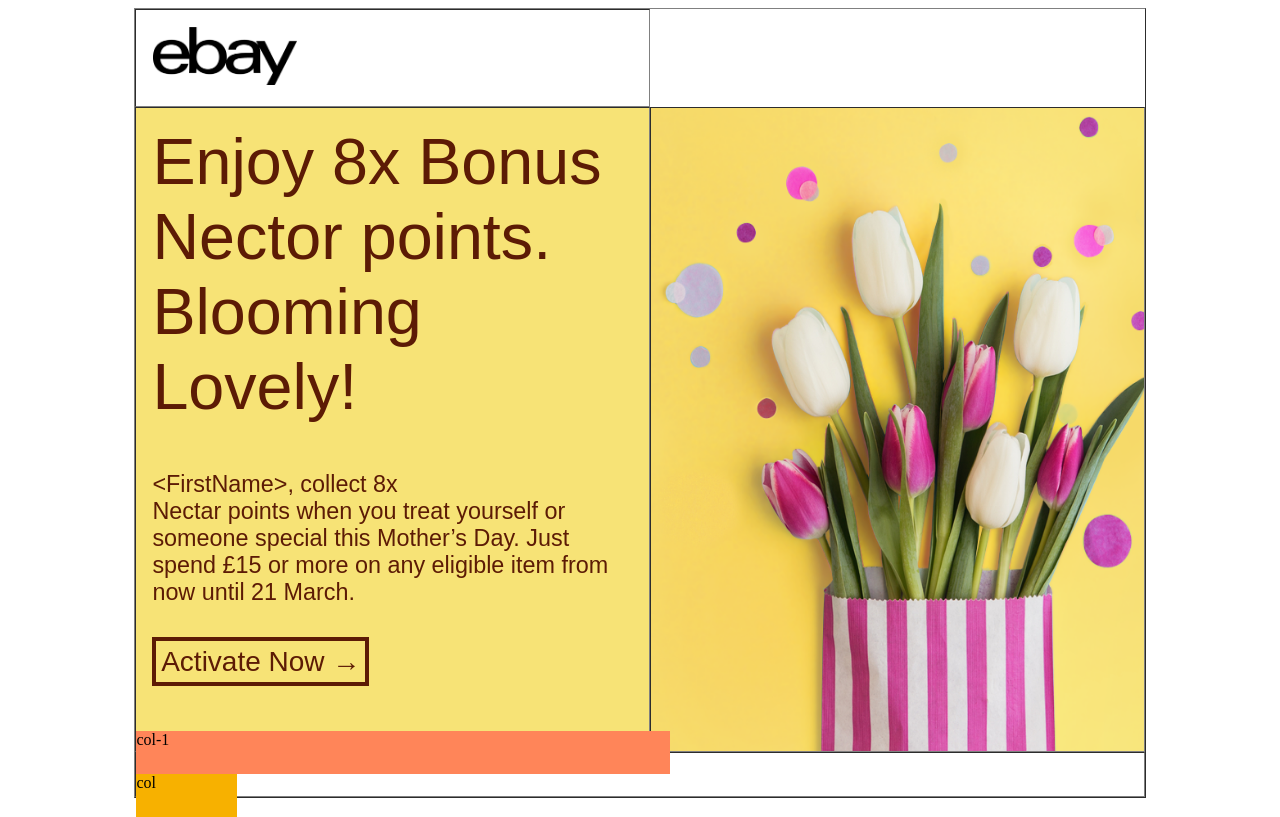
Repository: AnkurDevv/feed-dev-test
Page: index.html
These files come from the project's save history. The page is drawn as it stood at one moment and after the next save; the edit follows.
The browser window is 1280 px wide. The pictures show the whole page.

Above is the page before, as saved 2020-03-29 02:29:23.

### index.html
<!DOCTYPE html>
<!--[if lt IE 7]>      <html class="no-js lt-ie9 lt-ie8 lt-ie7"> <![endif]-->
<!--[if IE 7]>         <html class="no-js lt-ie9 lt-ie8"> <![endif]-->
<!--[if IE 8]>         <html class="no-js lt-ie9"> <![endif]-->
<!--[if gt IE 8]><!-->
<html>
<!--<![endif]-->

<head>
  <meta charset="utf-8">
  <meta http-equiv="X-UA-Compatible" content="IE=edge">
  <title></title>
  <meta name="description" content="">
  <meta name="viewport" content="width=device-width, initial-scale=1">
  <link rel="stylesheet" href="./style/index.css">
</head>

<body>
  <table border="1" cellpadding="0" cellspacing="0" height="100%" width="80%" id="bodyTable">

    <!-- HEADER ROW - START  -->
    <tr>
      <td>
        <table cellpadding="5" cellspacing="12" width="100%" align="left" border="0" id="EmailHeader">
          <tr>
            <td valign="middle" id="EmailHeading">
              <img src="img/logo.png" alt="ebay-logo" id="ebay-logo">
            </td>
          </tr>
        </table>
      </td>
    </tr>
    <!-- HEADER ROW - START  -->

    <!-- HERO BODY - START  -->
    <tr cellpadding="4" cellspacing="12" width="100%" border="1" id="HeroBodyWrapper">

      <!-- HERO CONTENT -START -->
      <td id="heroContentWrapper">
        <table cellpadding="4" cellspacing="12" width="100%" align="left" border="0" id="heroContent">
          <!-- HERO MAIN HEADLINE - START -->
          <tr>
            <td id="heroMainHeading">
              Enjoy 8x Bonus Nector points.<br>
              Blooming<br>
              Lovely!
            </td>
          </tr>
          <!-- HERO MAIN HEADLINE - END -->

          <!-- HERO SUB-HEADING - START -->
          <tr>
            <td id="heroSubHeading">
              &lt;FirstName&gt;, collect 8x </br> Nectar points when you treat yourself or someone special this Mother’s
              Day.
              Just
              spend £15 or more on any eligible item from now until 21 March.
            </td>
          </tr>
          <!-- HERO SUB-HEADING - END -->

          <!-- HERO CTA - START -->
          <tr id="heroCTAContainer">
            <td>
              <button id="heroCTA">
                Activate Now <strong>&rarr;</strong>
              </button>
            </td>
          </tr>
          <!-- HERO CTA - END -->

          <!-- HERO IMAGE AT 480PX - START -->
          <tr style="display: none;">
            <td>
              <!-- FOR SMALL SCREENS IMAGE WILL SHOW HERE -->
            </td>
          </tr>
          <!-- HERO IMAGE AT 480PX - END -->
        </table>
      </td>
      <!-- HERO CONTENT - END -->

      <!-- HERO SECTION IMAGE FOR DESKTOP - START -->
      <td id="HeroImageContainer">
        <!-- <img src="img/HeroDesktopBg.png" alt="flower pot image" id="HeroDesktopBg"> -->
      </td>
      <!-- HERO SECTION IMAGE FOR DESKTOP - END -->

      <!-- HERO BODY - END  -->

      <!-- HERO & EVERDAY ESSENTIALS DIVIDER - START -->
    <tr id="dividerContainer">
      <td id="divRibbion" colspan="2">
        <!-- RECTANGLE 1 -->
        <div id="divCol1">
          col-1
        </div>
        <!-- RECTANGLE 2 -->
        <div id="divCol2">
          col
        </div>
        <!-- RECTANGLE 3 -->
        <div id="divCol3">

        </div>
      </td>
    </tr>
    <!-- HERO & EVERDAY ESSENTIALS DIVIDER - END -->
  </table>

  <script src="" async defer></script>
</body>

</html>

### style/index.css
/* HEADER CSS - START */

#bodyTable{
  margin-left: 10%;
  margin-right: 10%;
}

#ebay-logo{
  width: 30%;
}
/* HEADER CSS - END */

/* HERO BODY CSS - START */
#heroContentWrapper{
  background-color: #f7e376;
}

#heroMainHeading{
  color: #5c1b05!important;
  font-size: 404%;
  font-family: sans-serif;
  padding-bottom: 6%;
}

#heroSubHeading{
  color: #5c1b05!important;
  font-family: sans-serif;
  font-size: 146%;
  padding-bottom: 3%;
}

#HeroImageContainer{
  padding: 0;
  width: 49%;
  background-image:url('/img/HeroDesktopBg.png');
  background-size: 100% 100%;
  background-repeat: no-repeat;
}

#HeroDesktopBg{
  width: 100%;
  height: 100%;
  display: block; /*otherwise it wont occupy the whole container*/
}

#heroCTA{
  border: 4px solid #5c1b05;
  color: #5c1b05;
  background: #f7e376;
  font-family: sans-serif;
  font-size: 175%;
  padding: 1%;
  margin-bottom: 10%;
}
/* HERO BODY CSS - END */

/* HERO DIVIDER CSS - START */
#dividerContainer{
  height: 45px;
}

 #divCol1{
  background-color: #ff8559;
  width: 53%;
  height: 100%;
}
#divCol2{
  background-color: #f7b100;
  height: 100%;
  width:10% ;
}
#divCol3{
  background-color: #fbcd25;
}
/* HERO DIVIDER CSS - END */

/* MAKING EMAIL RESPONSIVE CSS - START */

/* MAKING EMAIL RESPONSIVE CSS - END */

After the next save:
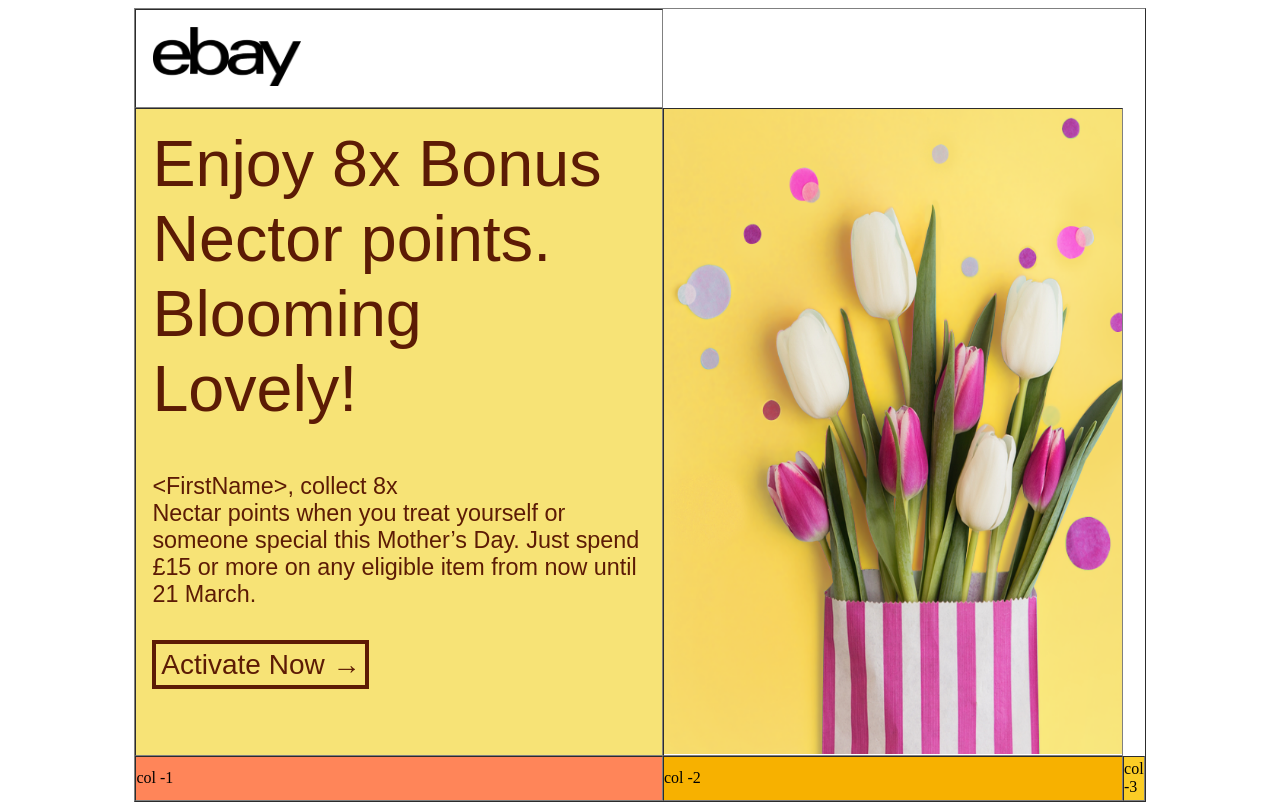
Saved 73 s later.
--- a/index.html
+++ b/index.html
@@ -90,20 +90,20 @@
 
       <!-- HERO & EVERDAY ESSENTIALS DIVIDER - START -->
     <tr id="dividerContainer">
-      <td id="divRibbion" colspan="2">
-        <!-- RECTANGLE 1 -->
-        <div id="divCol1">
-          col-1
-        </div>
-        <!-- RECTANGLE 2 -->
-        <div id="divCol2">
-          col
-        </div>
-        <!-- RECTANGLE 3 -->
-        <div id="divCol3">
-
-        </div>
+      <!-- <td id="divRibbion" colspan="2"> -->
+      <!-- RECTANGLE 1 -->
+      <td id="divCol1">
+        col -1
       </td>
+      <!-- RECTANGLE 2 -->
+      <td id="divCol2">
+        col -2
+      </td>
+      <!-- RECTANGLE 3 -->
+      <td id="divCol3">
+        col -3
+      </td>
+      <!-- </td> -->
     </tr>
     <!-- HERO & EVERDAY ESSENTIALS DIVIDER - END -->
   </table>
